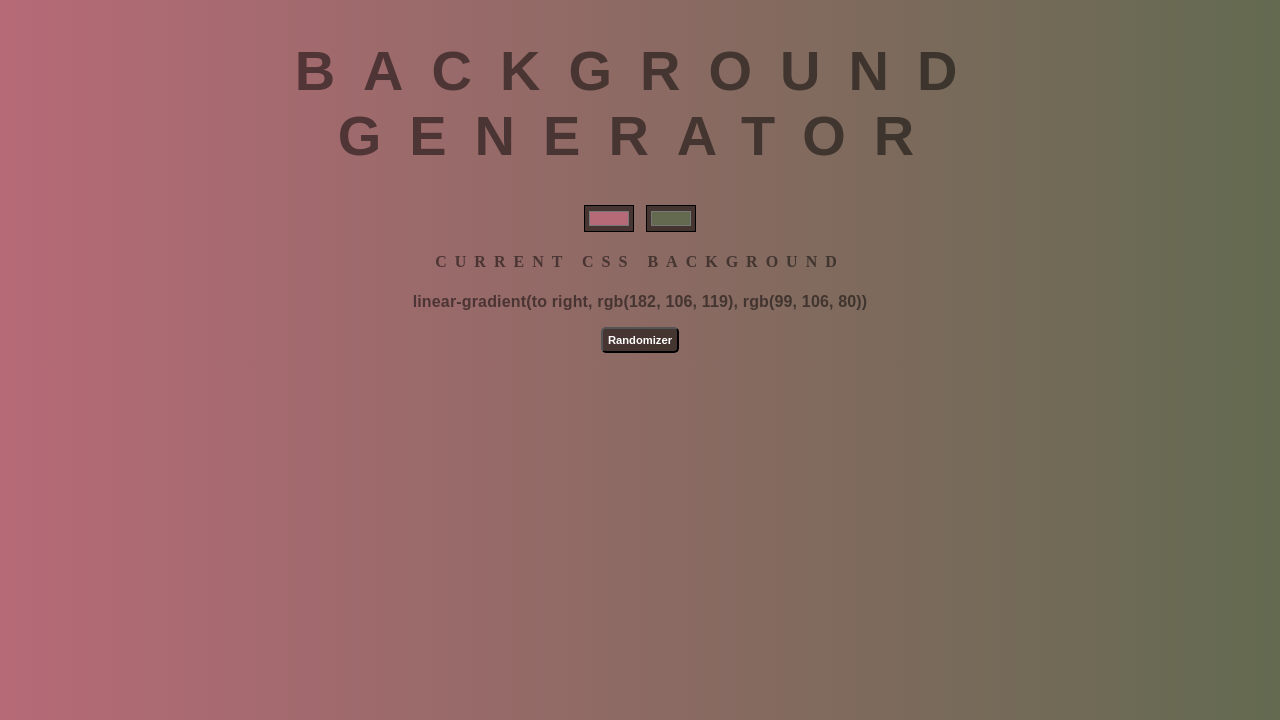
Repository: JUNX-10010/AeroAthletics-clothing
Page: React-Basics/section12-DOM_Manipulation/index.html
An editor plug-in stored every save of this project. The page is shown before and after the next save, followed by the edit.
The browser window is 1280 px wide. The pictures show the whole page.
After loading, the first visible `button.randomColor` was clicked once.

Above is the page before, as saved 2023-03-21 17:22:47.

After the next save:
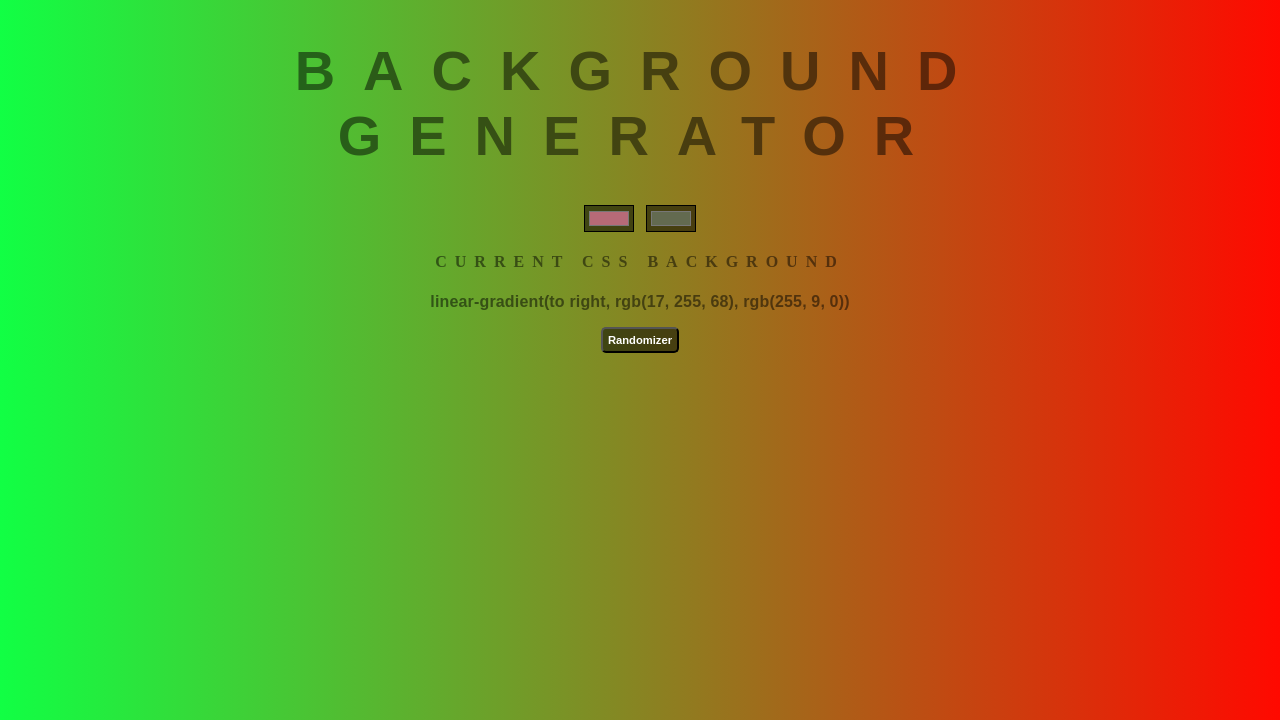
Saved 29 s later.
--- a/React-Basics/section12-DOM_Manipulation/script.js
+++ b/React-Basics/section12-DOM_Manipulation/script.js
@@ -30,7 +30,7 @@
     rand1 = [getRandomInt(255),getRandomInt(255),getRandomInt(255)];
     rand2 = [getRandomInt(255),getRandomInt(255),getRandomInt(255)];
     body.style.background = `linear-gradient(to right, rgb(${rand1[0]},${rand1[1]},${rand1[2]}),
-    rgb(${rand2.at(0)},${rand2.at(1)},${rand2.at(2)})`;
+    rgb(${rand2.at(0)},${rand2.at(1)},${rand2})`;
     color1.value = RGBtoHex(rand1.at(0),rand1.at(1),rand1.at(2));
     color2.value = RGBtoHex(rand2.at(0),rand2.at(1),rand2.at(2));
     css.textContent = body.style.background;

After the save that followed:
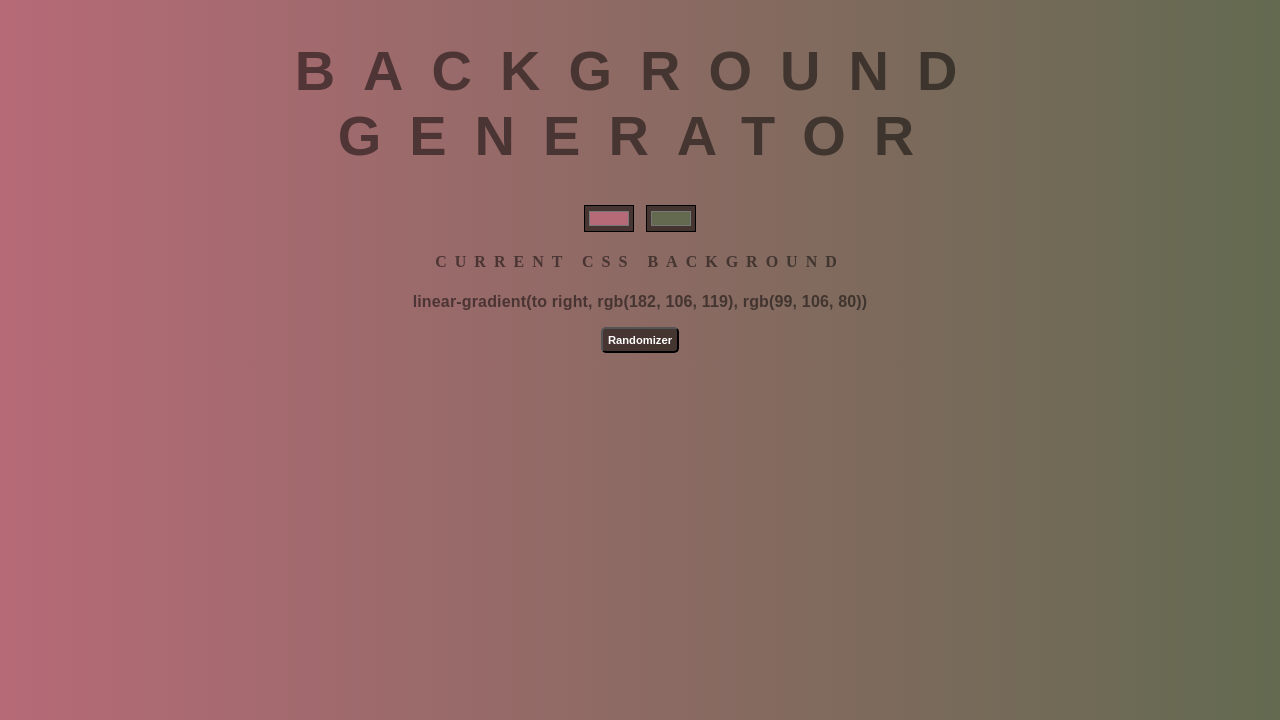
Saved 8 s later.
--- a/React-Basics/section12-DOM_Manipulation/script.js
+++ b/React-Basics/section12-DOM_Manipulation/script.js
@@ -30,7 +30,7 @@
     rand1 = [getRandomInt(255),getRandomInt(255),getRandomInt(255)];
     rand2 = [getRandomInt(255),getRandomInt(255),getRandomInt(255)];
     body.style.background = `linear-gradient(to right, rgb(${rand1[0]},${rand1[1]},${rand1[2]}),
-    rgb(${rand2.at(0)},${rand2.at(1)},${rand2})`;
+    rgb(${rand2.at(0)},${rand2.at(1)},${rand2.at(2)})`;
     color1.value = RGBtoHex(rand1.at(0),rand1.at(1),rand1.at(2));
     color2.value = RGBtoHex(rand2.at(0),rand2.at(1),rand2.at(2));
     css.textContent = body.style.background;
